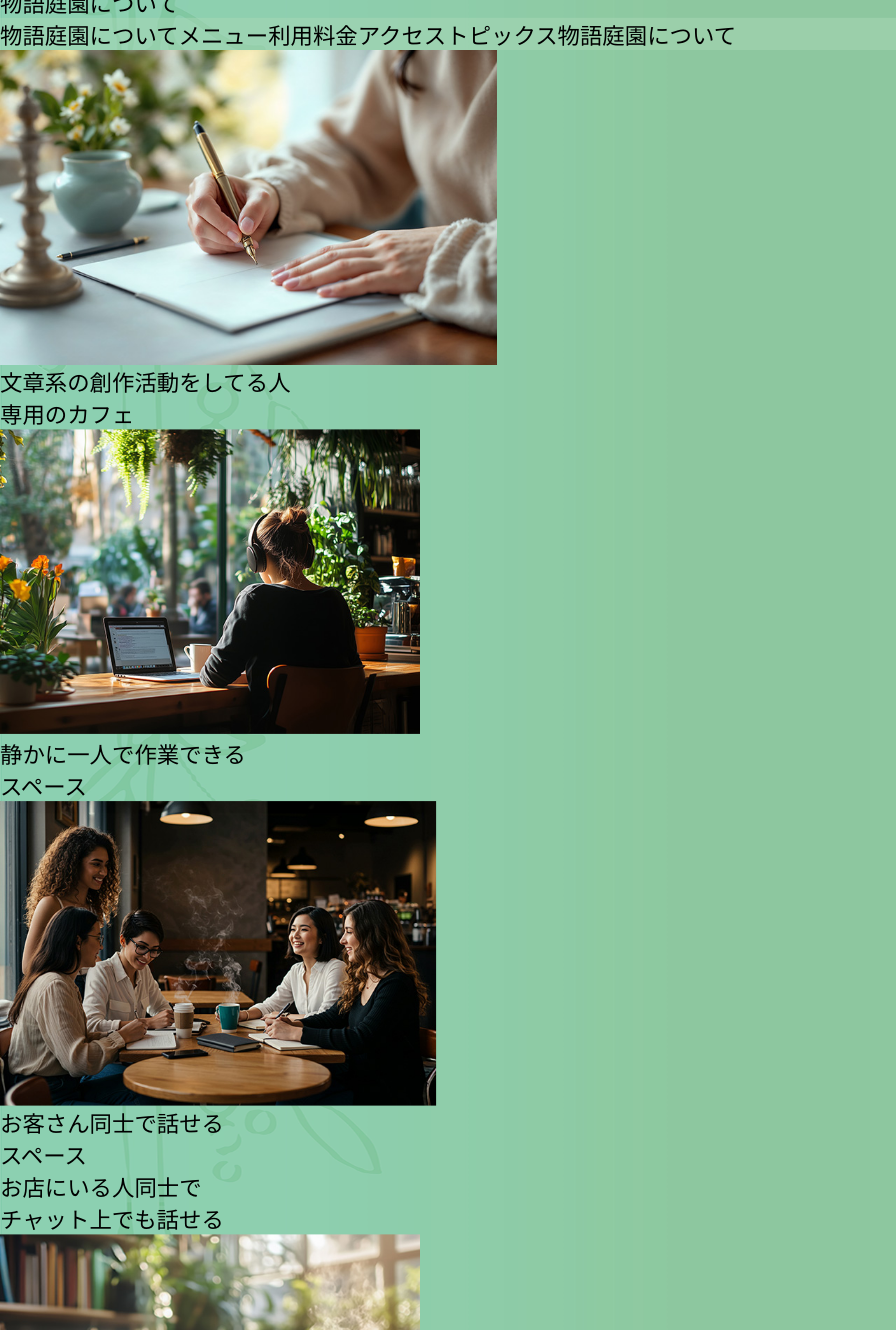
Repository: saka-kou/GardenStory
Page: index.html
An editor plug-in stored every save of this project. The page is shown before and after the next save, followed by the edit.
The browser window is 1280 px wide. The pictures show the part of the page from y = 328 to 2228 px (the page is 2573 px tall before and 2619 px after), at 70% of full size.
A picture or video elsewhere on the page could not be fetched, so the positions and the page height are approximate. Some web fonts or font styles are not loaded; a fallback is used.

Above is the page before, as saved 2025-07-23 17:16:23.

After the next save:
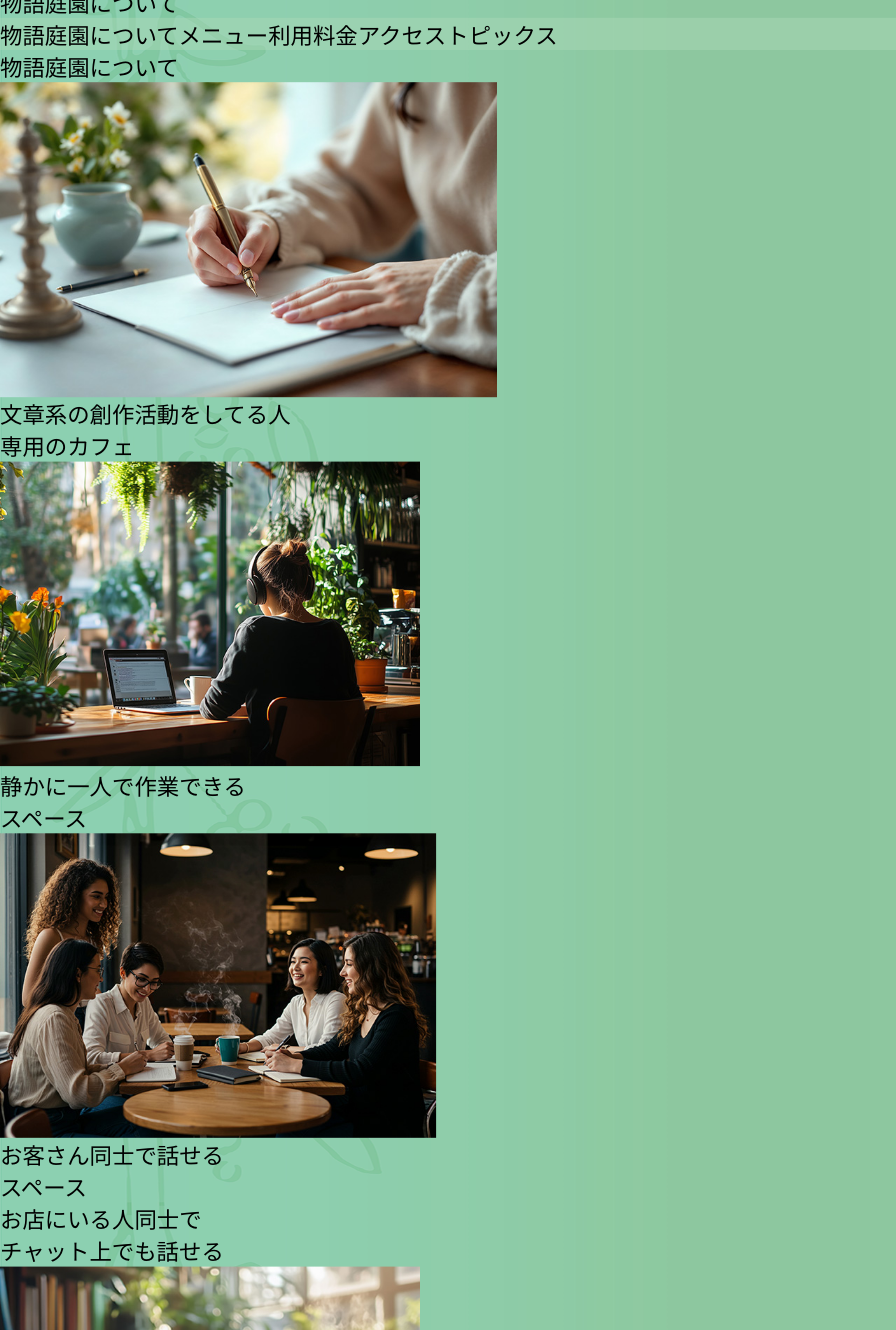
Saved 111 s later.
--- a/index.html
+++ b/index.html
@@ -21,8 +21,8 @@
             <li>利用料金</li>
             <li>アクセス</li>
             <li>トピックス</li>
-            <h2 class="consept-text">物語庭園について</h2>
         </ul>
+        <h2 class="consept-text">物語庭園について</h2>
         <img src="images/write.jpeg" alt="文創" class="leftimg">
         <p class="consept-text">文章系の創作活動をしてる人<br>
         専用のカフェ
